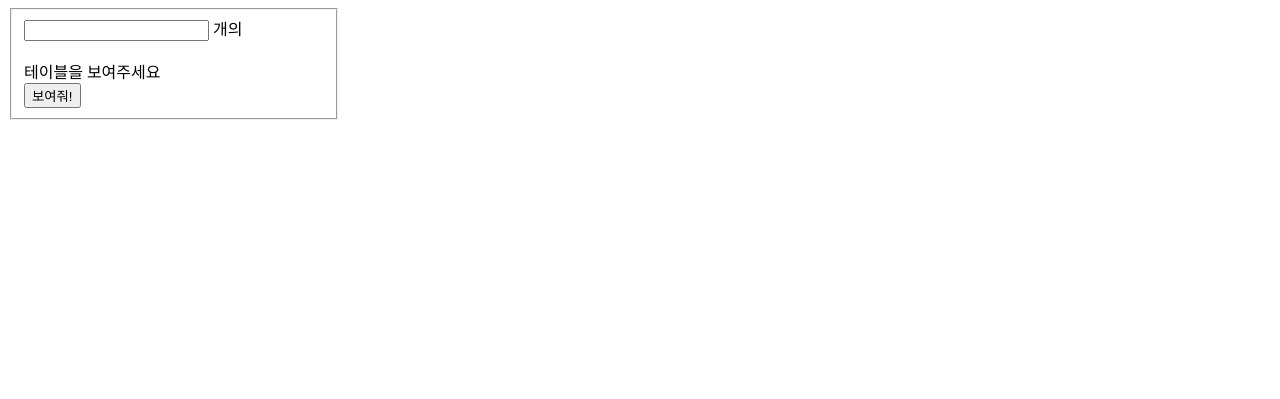
Repository: hus0124/M-IT
Page: JSP_Workspaces/Test2/WebContent/count_table.html
These files come from the project's save history. The page is drawn as it stood at one moment and after the next save; the edit follows.
The browser window is 1280 px wide. The pictures show the whole page.

Above is the page before, as saved 2019-12-31 07:54:47.

### JSP_Workspaces/Test2/WebContent/count_table.html
<!DOCTYPE html>
<html>
<head>
<meta charset="EUC-KR">
<title>Insert title here</title>
</head>
<body>
<form action = "table.jsp">
	<fieldset style = "width:300px">
	<input type="text" name = "num">&nbsp;개의<br><br>
	테이블을 보여주세요<br>
	<input type="submit" value = "보여줘!">
	</fieldset>
</form>
</body>
</html>

After the next save:
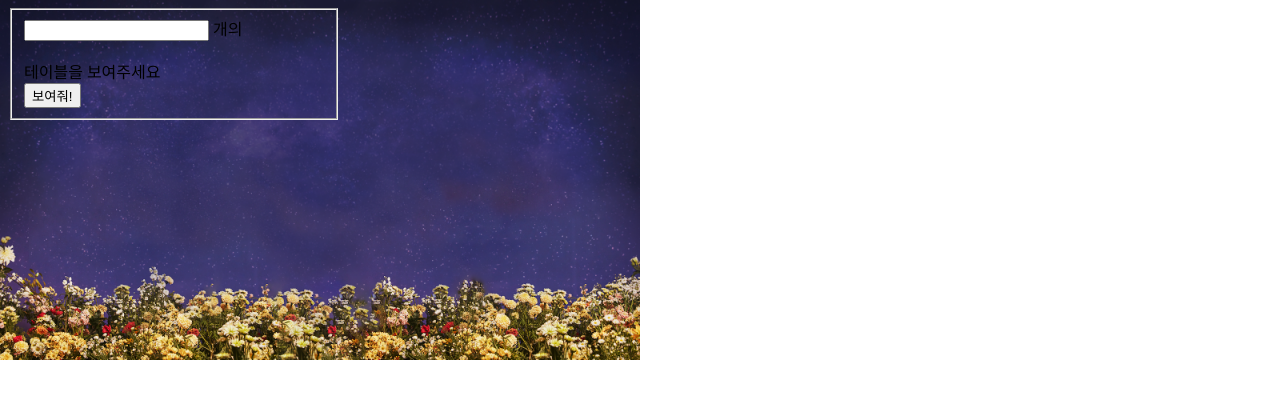
Saved 105 s later.
--- a/JSP_Workspaces/Test2/WebContent/count_table.html
+++ b/JSP_Workspaces/Test2/WebContent/count_table.html
@@ -3,6 +3,13 @@
 <head>
 <meta charset="EUC-KR">
 <title>Insert title here</title>
+<style>
+body{
+	background-image:url(ssfwl4.png);
+	background-repeat:no-repeat;
+	background-size: 50%;
+	}
+	</style>
 </head>
 <body>
 <form action = "table.jsp">
